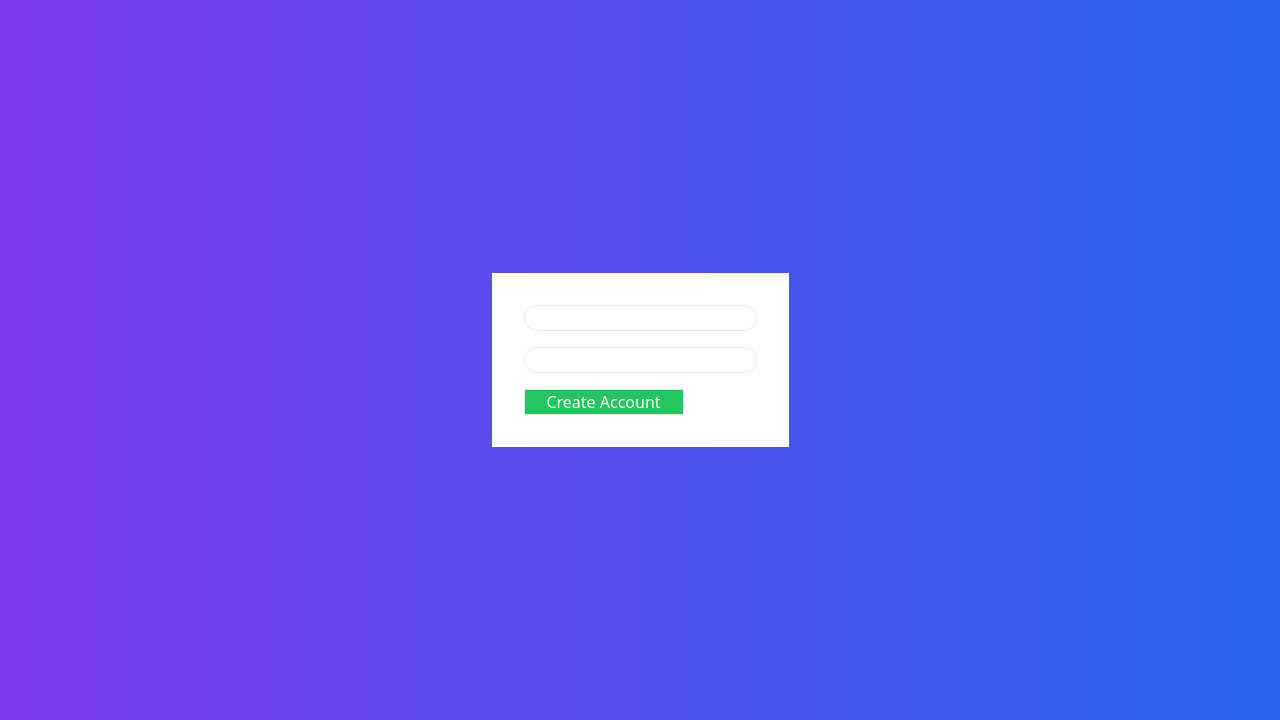
Repository: Velkan33/ReactTypescript
Page: /
These files come from the project's save history. The page is drawn as it stood at one moment and after the next save; the edit follows.
The browser window is 1280 px wide. The pictures show the whole page.
The project was rebuilt for these pictures with package versions that can differ from the ones it lists, and the page was loaded fresh each time. Also part of the build but not shown: vite.config.ts.

Above is the page before, as saved 2023-04-05 05:42:47.

### index.html
<!DOCTYPE html>
<html lang="en">
 <head>
  <meta charset="UTF-8" />
  <link rel="icon" type="image/svg+xml" href="/vite.svg" />
  <link rel="stylesheet" href="/src/styles/output.css" />
  <link rel="preconnect" href="https://fonts.googleapis.com" />
  <link rel="preconnect" href="https://fonts.gstatic.com" crossorigin />
  <link
   href="https://fonts.googleapis.com/css2?family=Permanent+Marker&display=swap"
   rel="stylesheet"
  />
  <meta name="viewport" content="width=device-width, initial-scale=1.0" />
  <title>Vite + React + TS</title>
 </head>
 <body>
  <div id="root"></div>
  <script type="module" src="/src/main.tsx"></script>
 </body>
</html>

### src/main.tsx
import React from 'react';
import ReactDOM from 'react-dom/client';
import App from './App';

ReactDOM.createRoot(document.getElementById('root') as HTMLElement).render(
 <React.StrictMode>
  <App />
 </React.StrictMode>
);

### src/App.tsx
import React from 'react';

import UserFetchApp from './999_Diario_React/DummyJSONFetchUsers/UserFetchApp';
import LogginApp from './999_Diario_React/DummyJSONLoggin/LoginApp';

function App() {
 const SongFinderStyle =
  'h-full w-full bg-gradient-to-l from-blue-600 to-violet-600 text-white';
 return (
  <div className={SongFinderStyle}>
   {/* <CrudApi5A /> */}
   {/* <SongSearch /> */}
   {/* <UserFetchApp /> */}
   <LogginApp />
  </div>
 );
}

export default App;

### src/999_Diario_React/DummyJSONLoggin/LoginApp.tsx
import React from 'react';
import LoginCard from './LoginCard';

export default function LogginApp() {
 return (
  <div className="h-screen grid place-items-center">
   <LoginCard />
  </div>
 );
}

### src/999_Diario_React/DummyJSONLoggin/LoginCard.tsx
import React from 'react';

export default function LoginCard() {
 return (
  <div className="bg-white text-gray-800 p-8">
   <form className="grid gap-4">
    <input type="text" className="rounded-full border" />
    <input type="text" className="border rounded-full" />
    <input
     type="submit"
     value="Create Account"
     className="bg-green-500 text-white w-[10rem] border"
    />
   </form>
  </div>
 );
}

Loaded but not shown: src/styles/output.css (1915 lines, source omitted)

After the next save:
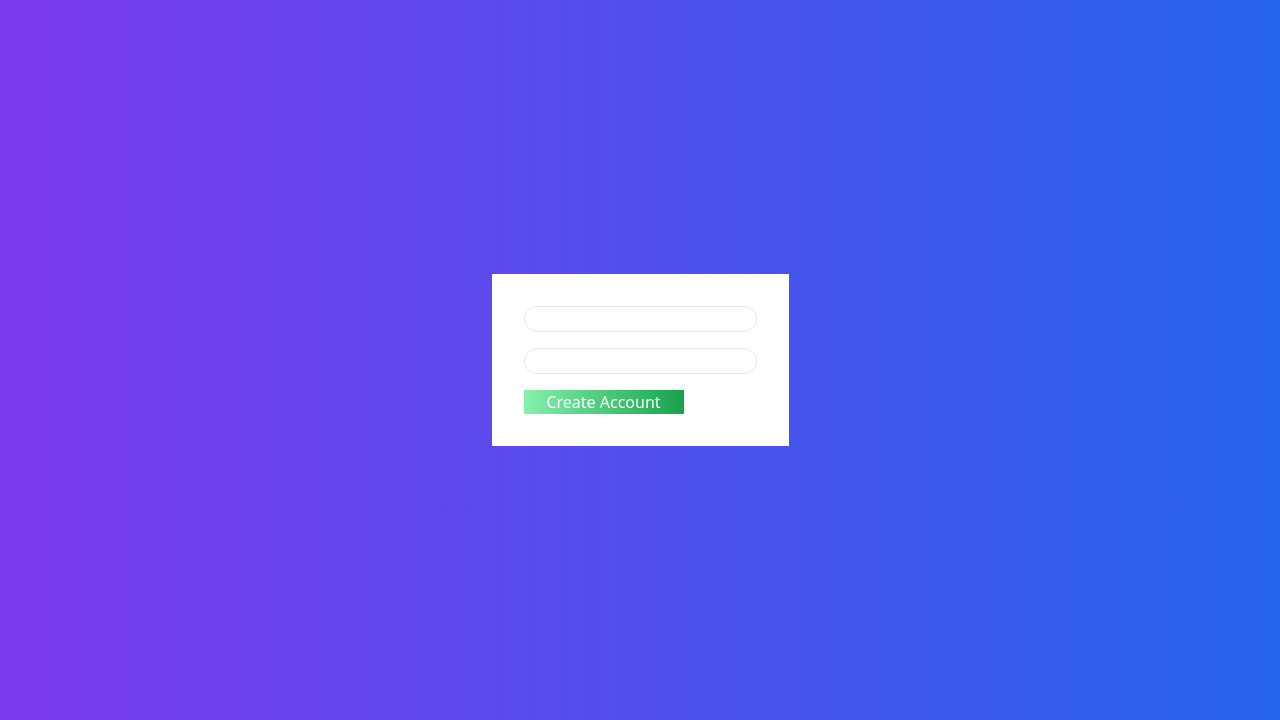
Saved 4 min 41 s later.
--- a/src/999_Diario_React/DummyJSONLoggin/LoginCard.tsx
+++ b/src/999_Diario_React/DummyJSONLoggin/LoginCard.tsx
@@ -9,7 +9,7 @@ export default function LoginCard() {
     <input
      type="submit"
      value="Create Account"
-     className="bg-green-500 text-white w-[10rem] border"
+     className="bg-gradient-to-r from-green-300 to-green-600 text-white w-[10rem] "
     />
    </form>
   </div>
